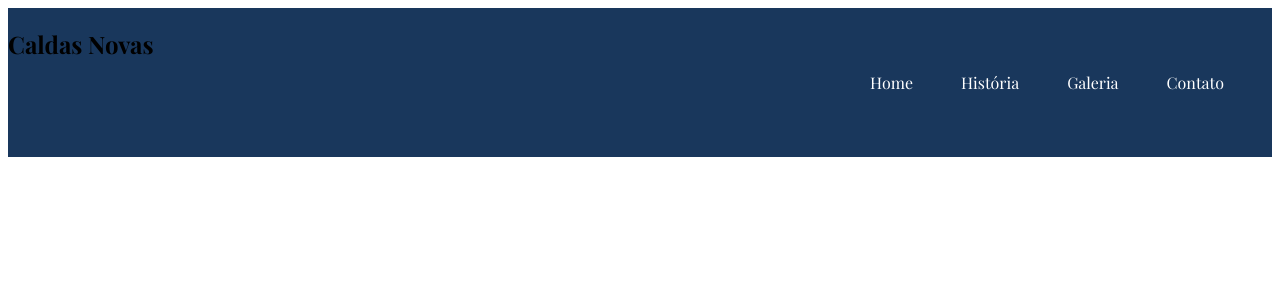
Repository: AbiezerSidonioJoseOdanacaJunior/DesafioLocalTuristico
Page: index.html
These files come from the project's save history. The page is drawn as it stood at one moment and after the next save; the edit follows.
The browser window is 1280 px wide. The pictures show the whole page.
Some web fonts or font styles are not loaded; a fallback is used.

Above is the page before, as saved 2024-11-10 23:21:56.

After the next save:
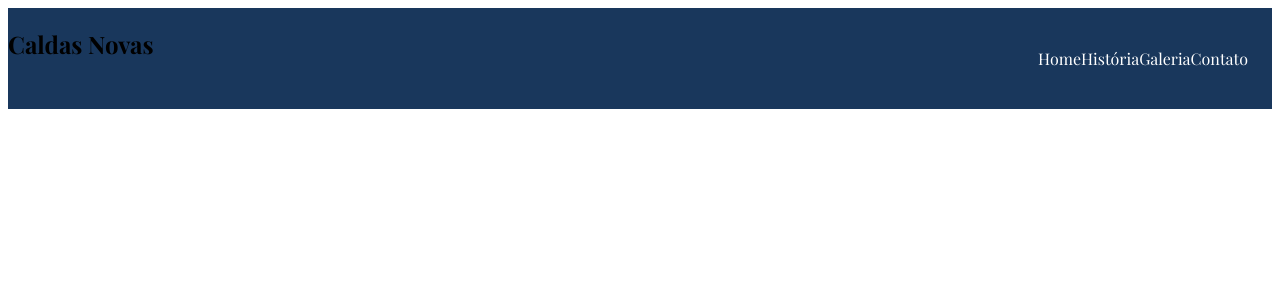
Saved 42 s later.
--- a/css/style.css
+++ b/css/style.css
@@ -19,7 +19,7 @@
 }
 
 ul li {
-    padding: 24px;
+
     list-style: none;
 }
 

After the save that followed:
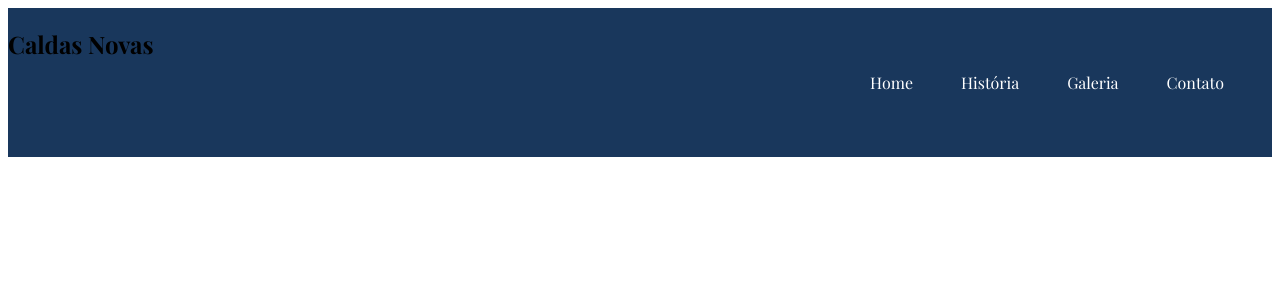
Saved 9 s later.
--- a/css/style.css
+++ b/css/style.css
@@ -19,7 +19,7 @@
 }
 
 ul li {
-
+    padding: 24px;
     list-style: none;
 }
 
